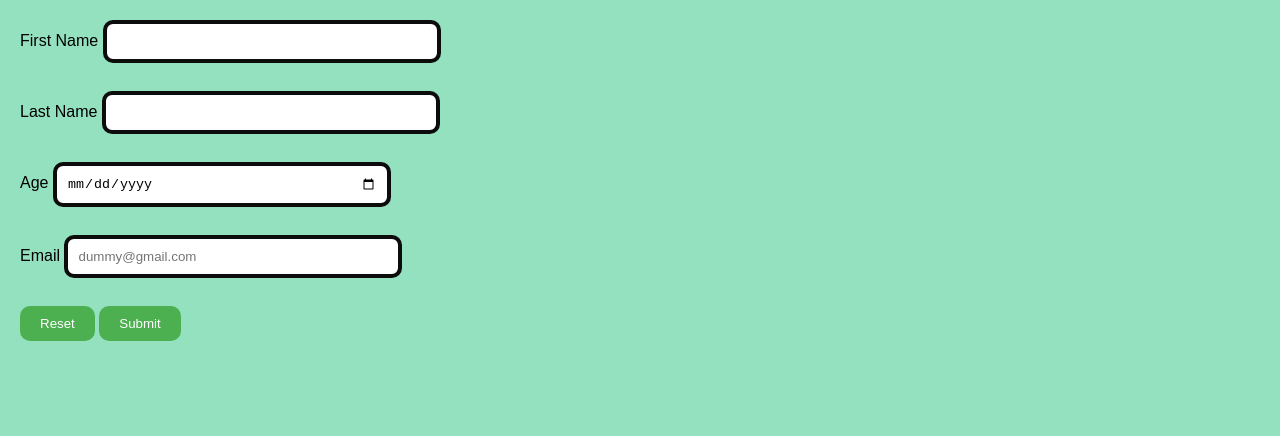
Repository: Haakim19/web-dev
Page: form.html
The author's editor kept a copy of each file at every save. The page is drawn from the files as they stood at one save, then again after the next save.
The browser window is 1280 px wide. The pictures show the whole page.

Above is the page before, as saved 2024-06-02 17:06:38.

### form.html
<!DOCTYPE html>
<html lang="en">
<head>
    <meta charset="UTF-8">
    <meta name="viewport" content="width=device-width, initial-scale=1.0">
    <link rel="stylesheet" type = "text/css" href = "form.css">
    <title>Form</title>
</head>
<body>
    <form action="form.php" method = "POST">
       <div>
            <label for="fname">First Name</label>
            <input type="fname" name = "fname" id = "fname" required>
       </div>

       <br>

        <div>
            <label for="lname">Last Name</label>
            <input type="lname" name = "lname" id = "lname" required>

        </div>

        <br>

        <div>
            <label for="bday">Age</label>
            <input type="date" name = "bday" id = "day" placeholder="yyyy-mm-dd" required>

        </div>

        <br>

        <div>
            <label for="email">Email</label>
            <input type="email" name = "email" id = "email" required placeholder="dummy@gmail.com">

        </div>


        <br>

        <input type="reset" value = "Reset">
        <input type="submit" value = "Submit">

    </form>
</body>
</html>

### form.css
body {
    font-family: Arial, Helvetica, sans-serif;
    background-color: #94e1bf;
    margin: 10px;
    padding: 10px;
}
/* Reset default form styles */
form {
    margin: 0;
    padding: 0;

}

/* Style form elements */
input[type="fname"]{
    width: 25%;
    padding: 10px;
    margin-bottom: 10px;
    border: 4px solid #0d0c0c;
    border-radius: 10px;
    justify-content: center ;
    align-items: center;
}
input[type="lname"]{
    width: 25%;
    padding: 10px;
    margin-bottom: 10px;
    border: 4px solid #0d0c0c;
    border-radius: 10px;
    justify-content: center;
    align-items: center;
}
input[type="email"]{
    width: 25%;
    padding: 10px;
    margin-bottom: 10px;
    border: 4px solid #0d0c0c;
    border-radius: 10px;
    justify-content: center;
    align-items: center;
}
input[type="date"]{
    width: 25%;
    padding: 10px;
    margin-bottom: 10px;
    border: 4px solid #0d0c0c;
    border-radius: 10px;
    justify-content: center;
    align-items: center;
}

input[type="submit"] {
    background-color: #4CAF50;
    color: white;
    padding: 10px 20px;
    border: none;
    border-radius: 10px;
    cursor: pointer;
    justify-content: center;
    align-items: center;

}
input[type="submit"]:hover {
    background-color: #f7f7f7;
}

input[type = "reset"] {
    background-color: #4CAF50;
    color: white;
    padding: 10px 20px;
    border: none;
    border-radius: 10px;
    cursor: pointer;
    justify-content: center;
    align-items: center;
}
input [type = "reset"]:hover {
    background-color: #f9f9f9;
}

After the next save:
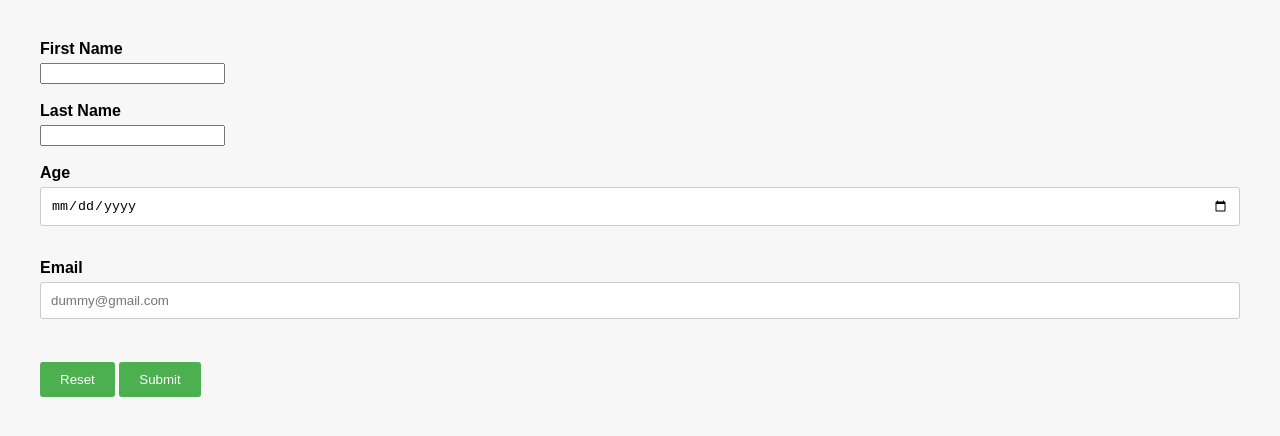
Saved 5 min 21 s later.
--- a/form.css
+++ b/form.css
@@ -1,79 +1,62 @@
+/* Body Styles */
 body {
     font-family: Arial, Helvetica, sans-serif;
-    background-color: #94e1bf;
-    margin: 10px;
+    background-color: #f7f7f7;
+    margin: 20px;
+    padding: 20px;
+  }
+
+  /* Form Container */
+  .form-container {
+    display: flex;
+    flex-direction: column;
+    width: 500px;
+    margin: 0 auto; /* Center the form horizontally */
+    padding: 20px;
+    border: 1px solid #ddd;
+    border-radius: 5px;
+    background-color: #fff;
+  }
+
+  /* Form Labels */
+  label {
+    display: block;
+    margin-bottom: 5px;
+    font-weight: bold;
+  }
+
+  /* Style form elements */
+  input[type="text"],
+  input[type="email"],
+  input[type="date"] {
+    width: 100%; /* Make inputs full width */
     padding: 10px;
-}
-/* Reset default form styles */
-form {
-    margin: 0;
-    padding: 0;
+    margin-bottom: 15px;
+    border: 1px solid #ccc;
+    border-radius: 3px;
+    box-sizing: border-box; /* Include padding in width */
+  }
 
-}
-
-/* Style form elements */
-input[type="fname"]{
-    width: 25%;
-    padding: 10px;
-    margin-bottom: 10px;
-    border: 4px solid #0d0c0c;
-    border-radius: 10px;
-    justify-content: center ;
-    align-items: center;
-}
-input[type="lname"]{
-    width: 25%;
-    padding: 10px;
-    margin-bottom: 10px;
-    border: 4px solid #0d0c0c;
-    border-radius: 10px;
-    justify-content: center;
-    align-items: center;
-}
-input[type="email"]{
-    width: 25%;
-    padding: 10px;
-    margin-bottom: 10px;
-    border: 4px solid #0d0c0c;
-    border-radius: 10px;
-    justify-content: center;
-    align-items: center;
-}
-input[type="date"]{
-    width: 25%;
-    padding: 10px;
-    margin-bottom: 10px;
-    border: 4px solid #0d0c0c;
-    border-radius: 10px;
-    justify-content: center;
-    align-items: center;
-}
-
-input[type="submit"] {
+  /* Style buttons */
+  input[type="submit"],
+  input[type="reset"] {
     background-color: #4CAF50;
     color: white;
     padding: 10px 20px;
     border: none;
-    border-radius: 10px;
+    border-radius: 3px;
     cursor: pointer;
-    justify-content: center;
-    align-items: center;
+    margin-top: 10px; /* Add space after inputs */
+  }
 
-}
-input[type="submit"]:hover {
-    background-color: #f7f7f7;
-}
+  input[type="submit"]:hover,
+  input[type="reset"]:hover {
+    background-color: #3e8e41;
+  }
 
-input[type = "reset"] {
-    background-color: #4CAF50;
-    color: white;
-    padding: 10px 20px;
-    border: none;
-    border-radius: 10px;
-    cursor: pointer;
-    justify-content: center;
-    align-items: center;
-}
-input [type = "reset"]:hover {
-    background-color: #f9f9f9;
-}
+  /* Error message styling (optional) */
+  .error {
+    color: red;
+    font-size: smaller;
+    margin-bottom: 5px;
+  }
